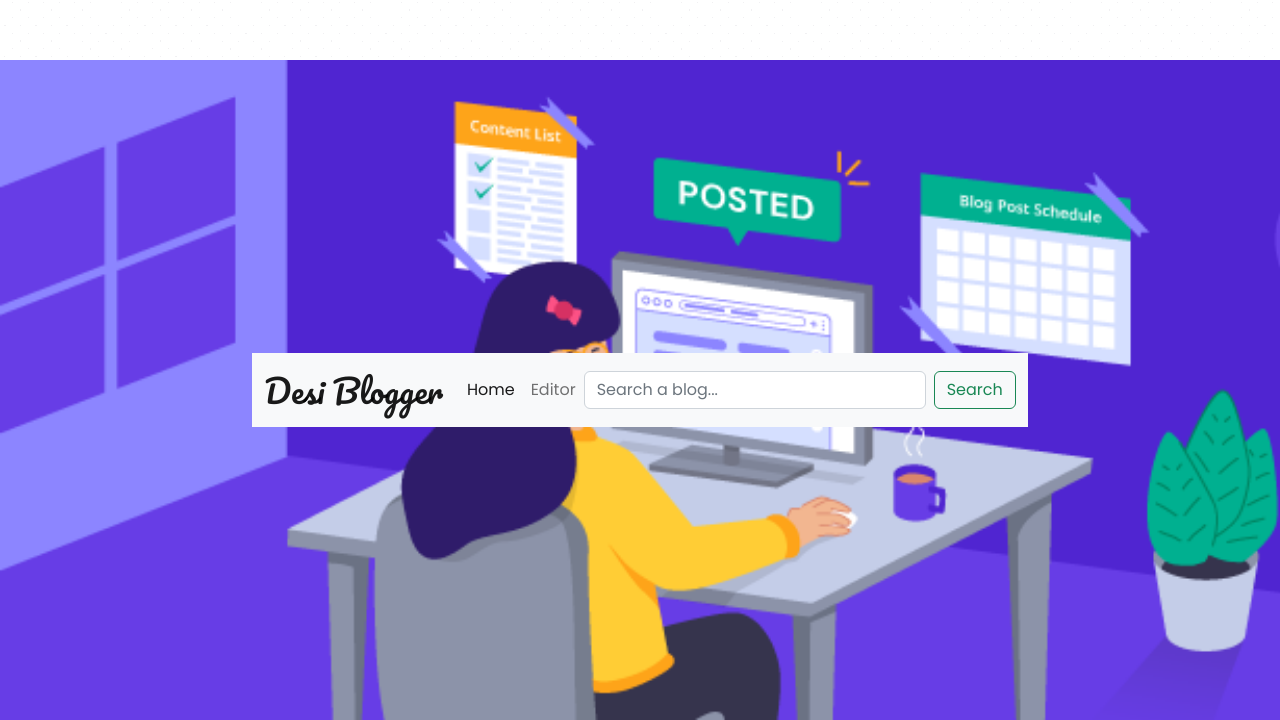
Repository: badhon252/Desi_Blogger
Page: public/home.html
These files come from the project's save history. The page is drawn as it stood at one moment and after the next save; the edit follows.
The browser window is 1280 px wide. The pictures show the whole page.

Above is the page before, as saved 2022-11-15 19:31:43.

### public/home.html
<!DOCTYPE html>
<html lang="en">

<head>
    <meta charset="UTF-8">
    <meta http-equiv="X-UA-Compatible" content="IE=edge">
    <meta name="viewport" content="width=device-width, initial-scale=1.0">

    <!-- favicon  -->
    <link rel="icon" sizes="180x180" href="./img/favicon_io/android-chrome-192x192.png">

    <!-- bs-5 link -->
    <link rel="stylesheet" href="https://cdn.jsdelivr.net/npm/bootstrap@5.2.2/dist/css/bootstrap.min.css">
    <!-- custom css  -->
    <link rel="stylesheet" href="css/home.css">
    <!-- fonts  -->
    <link rel="preconnect" href="https://fonts.googleapis.com">
    <link rel="preconnect" href="https://fonts.gstatic.com" crossorigin>
    <link href="https://fonts.googleapis.com/css2?family=Poppins:wght@400;500;600;700;800;900&display=swap"
        rel="stylesheet">
    <title>Desi-Blogger</title>
</head>

<body>
    <header id="header">
        <nav class="navbar navbar-expand-lg bg-light">
            <div class="container">
                <a class="navbar-brand" href="#">Desi Blogger</a>
                <button class="navbar-toggler" type="button" data-bs-toggle="collapse"
                    data-bs-target="#navbarSupportedContent" aria-controls="navbarSupportedContent"
                    aria-expanded="false" aria-label="Toggle navigation">
                    <span class="navbar-toggler-icon"></span>
                </button>
                <div class="collapse navbar-collapse" id="navbarSupportedContent">
                    <ul class="navbar-nav m-auto mb-2 mb-lg-0">
                        <li class="nav-item">
                            <a class="nav-link active" href="#">Home</a>
                        </li>
                        <li class="nav-item">
                            <a class="nav-link" href="#">Editor</a>
                        </li>

                    </ul>
                    <form class="d-flex" role="search">
                        <input class="form-control me-2" type="search" placeholder="Search a blog..."
                            aria-label="Search">
                        <button class="btn btn-outline-success" type="submit">Search</button>
                    </form>
                </div>
            </div>
        </nav>
    </header>

    <script src="https://cdn.jsdelivr.net/npm/bootstrap@5.2.2/dist/js/bootstrap.bundle.min.js"></script>
</body>

</html>

### public/css/home.css
@import url("https://fonts.googleapis.com/css2?family=Pacifico&display=swap");
* {
  margin: 0;
  padding: 0;
  box-sizing: border-box;
}

body {
  font-family: "Poppins", sans-serif;
  background-image: repeating-linear-gradient(
      45deg,
      rgb(255, 255, 255) 0px,
      rgb(255, 255, 255) 10px,
      transparent 10px,
      transparent 11px
    ),
    repeating-linear-gradient(
      135deg,
      rgb(255, 255, 255) 0px,
      rgb(255, 255, 255) 10px,
      transparent 10px,
      transparent 11px
    ),
    linear-gradient(90deg, rgba(213, 211, 217, 0.33), rgba(213, 211, 217, 0.33));
  position: relative;
}
::selection {
  background: #1b1b1b;
  color: #fff;
}

.navbar-brand {
  font-family: "Pacifico", cursive;
  font-size: 2rem;
}

#header {
  margin-top: 60px;
  width: 100%;
  height: calc(100vh - 60px);
  background-image: url(../img/how-to-start-a-blog.png);
  background-size: cover;
  display: flex;
  justify-content: center;
  align-items: center;
}

After the next save:
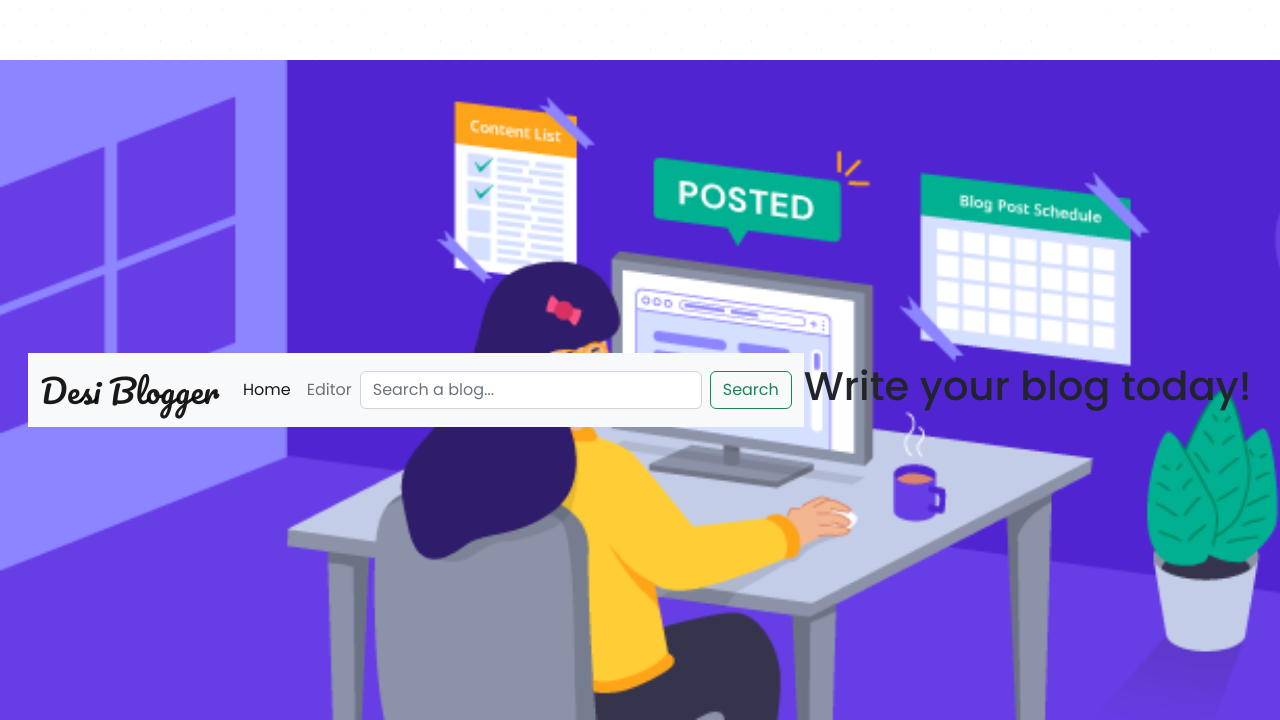
Saved 70 s later.
--- a/public/home.html
+++ b/public/home.html
@@ -49,6 +49,9 @@
                 </div>
             </div>
         </nav>
+        <section class="header-content">
+            <h1>Write your blog today!</h1>
+        </section>
     </header>
 
     <script src="https://cdn.jsdelivr.net/npm/bootstrap@5.2.2/dist/js/bootstrap.bundle.min.js"></script>
